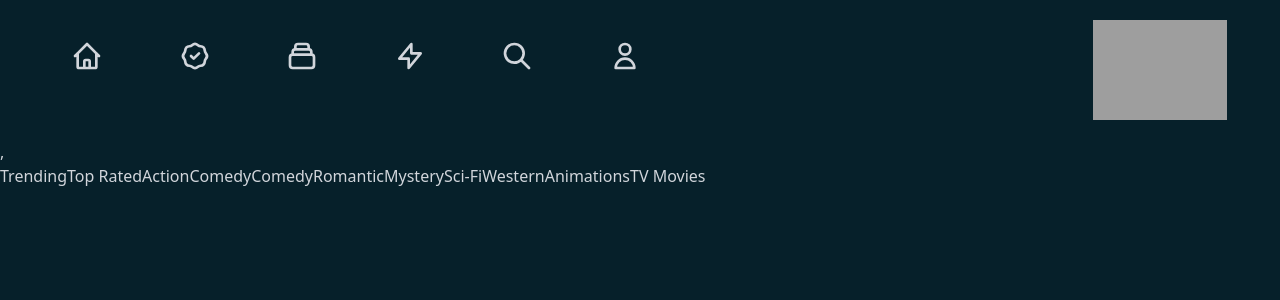
Repository: elaiken/hulu-yt-clone
Page: /
The author's editor kept a copy of each file at every save. The page is drawn from the files as they stood at one save, then again after the next save.
The browser window is 1280 px wide. The pictures show the whole page.
Pictures or frames that could not be fetched are drawn as grey boxes. The project was rebuilt for these pictures with package versions that can differ from the ones it lists, and the page was loaded fresh each time. The framework's server and built-in components were replaced by stand-ins that run in the browser. Also part of the build but not shown: next.config.js.

Above is the page before, as saved 2021-11-10 10:03:39.

After the next save:
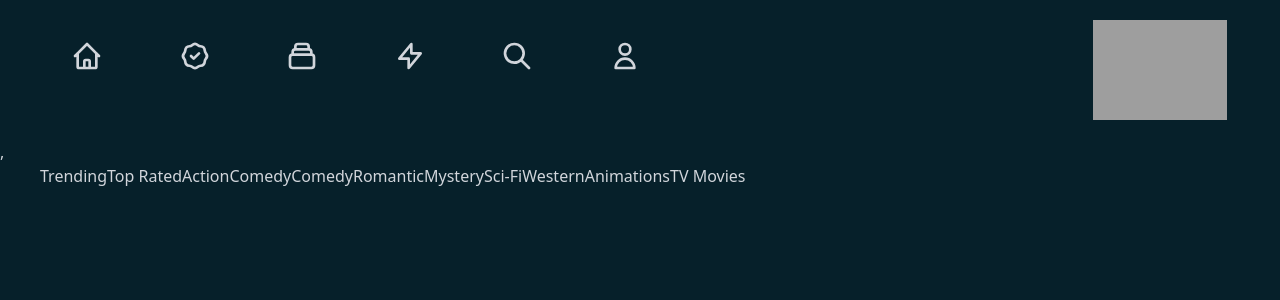
Saved 12 s later.
--- a/components/Nav.js
+++ b/components/Nav.js
@@ -2,7 +2,7 @@ import request from "../utlis/request"
 
 function Nav() {
     return (<nav>
-        <div className="flex"> {
+        <div className="flex px-10"> {
             Object.entries(request).map(([
                 key, {
                     title,
